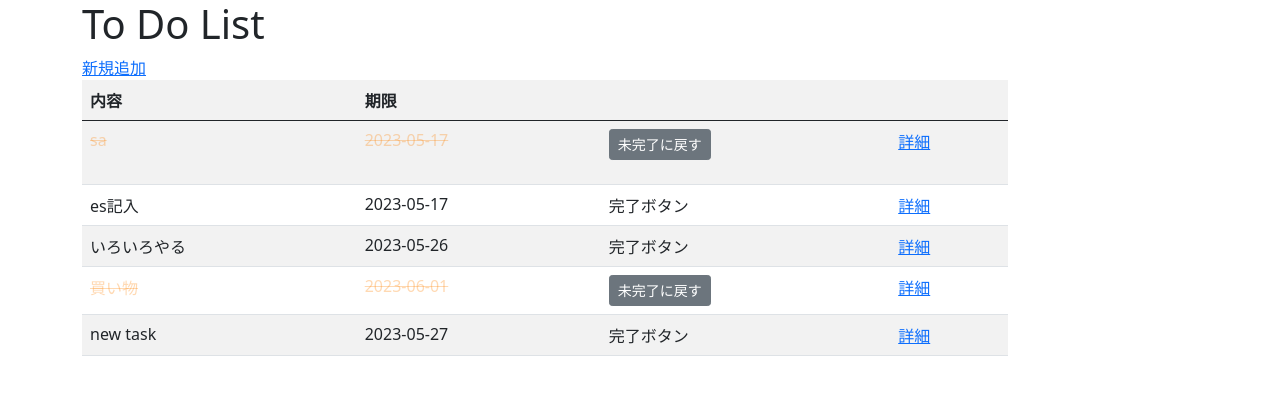
Repository: sgmtg/ToDoList
Page: http://localhost/
The author's editor kept a record of every edit. The page is drawn from the files as they stood at one moment, then again after the next edit.
The browser window is 1280 px wide. The pictures show the whole page.
The page is served by the project's application, run on Flask 3 (app.py). The page reads the database file committed with the project.

Above is the page before.

### templates/index.html
{% extends 'base.html' %}

{% block body %}
<div class="container">
  <div class="row">
    <div class="col-md-10 col-md-offset-2">
        <h1>To Do List</h1>
        <a href="/create">新規追加</a>
        <table class="table table-striped">
            </th><th>内容</th><th>期限</th><th></th><th></th></tr>
        <tbody>
        {% for post in posts %}
            <tr>
                <span>
                <td  {% if post.done %} class="done" {% endif %}>{{ post.title }}</td>
                <td  {% if post.done %} class="done" {% endif %}>{{ post.due.date() }}</td>
                </span>
                <td><form action="/change_status/{{ post.id }}">

                    {% if post.done %}<button type="submit" class="btn btn-secondary btn-sm">未完了に戻す
                    {% else %}完了ボタン
                    {% endif %}

                    </from></td>
                <td><a href="/detail/{{ post.id }}">詳細</a></td>

            </tr>
        {% endfor %}
        </tbody>
        </table>
    </div>
  </div>
</div>
{% endblock %}

### templates/base.html
<html lang="ja">
    <head>
        <title>My To Do List</title>
        <meta charset="UTF-8">
        <meta name="viewport" content="width=device-width, initial-scale=1.0">
        <link rel="stylesheet" href="/static/css/style.css">
        <link href="https://cdn.jsdelivr.net/npm/bootstrap@5.0.2/dist/css/bootstrap.min.css" rel="stylesheet" integrity="sha384-EVSTQN3/azprG1Anm3QDgpJLIm9Nao0Yz1ztcQTwFspd3yD65VohhpuuCOmLASjC" crossorigin="anonymous">
        {% block head %}{% endblock %}
    </head>
    <body>
       {% block body %}{% endblock %}
    </body>
</html>

### app.py
from flask import Flask, request, render_template, redirect, url_for
from flask_sqlalchemy import SQLAlchemy
from datetime import datetime

app = Flask(__name__)
app.config['SQLALCHEMY_DATABASE_URI'] = 'sqlite:///todo.db'  # todo.dbという名前のdbを設定
db = SQLAlchemy(app)  # dbを生成



class Post(db.Model):
    id = db.Column(db.Integer, primary_key=True)  # 主キー
    title = db.Column(db.String(30), nullable=False)
    detail = db.Column(db.String(100))  # 空でもok
    due = db.Column(db.DateTime, nullable=False)  # 日付型を指定
    done = db.Column(db.Boolean, default=False)  # 完了かどうか



@app.route('/', methods=['GET', 'POST'])
def index():
    if request.method == 'GET':
        posts = Post.query.all()
        return render_template('index.html', posts=posts)

    else:
        title = request.form.get('title')
        detail = request.form.get('detail')
        due = request.form.get('due')

        due = datetime.strptime(due, '%Y-%m-%d')  # フォームから文字列を受け取るため日付型に変換
        new_post = Post(title=title, detail=detail, due=due)

        db.session.add(new_post)
        db.session.commit()
        return redirect('/')

@app.route('/create')
def create():
    return render_template('create.html')


@app.route('/detail/<int:id>')
def detail(id):
    post = Post.query.get(id)  # 該当するidの投稿内容を取得
    return render_template('detail.html', post=post)

@app.route('/change_status/<int:id>')
def change_status(id):
    app.logger.info(id)

    post = Post.query.get(id)
    app.logger.info(post)

    post.done = not post.done
    db.session.commit()
    return redirect('/')


# アプリケーションコンテキスト内でデータベース操作を行うための関数を作成
def create_tables():
    db.create_all()


if __name__ == "__main__":
    app.run(port=3000, debug=True)  # 8080
    create_tables()

### static/css/style.css

.done {
  text-decoration: line-through;
  color: hsla(30, 100%, 50%, .3);
}

### instance/todo.db (the tables this page reads, as SQL)
CREATE TABLE post (
	id INTEGER NOT NULL, 
	title VARCHAR(30) NOT NULL, 
	detail VARCHAR(100), 
	due DATETIME NOT NULL, 
	done BOOLEAN, 
	PRIMARY KEY (id)
);
INSERT INTO "post" VALUES
(1, 'sa', '上記の修正では、app.app_context()のコンテキストマネージャを使用してアプリケーションコンテキストを作成し、その中でdb.create_all()を実行しています。これにより、アプリケーションコンテキスト内でデータベース操作が行われます。', '2023-05-17 00:00:00.000000', 1),
(2, 'es記入', 'さまざまな Forms (フォーム) を作成するための control styles (フォームコントロールスタイル)、layout options (レイアウトオプション)、custom components (カスタムコンポ', '2023-05-17 00:00:00.000000', 0),
(3, 'いろいろやる', '', '2023-05-26 00:00:00.000000', 0),
(4, '買い物', 'ここに詳細を記入', '2023-06-01 00:00:00.000000', 1),
(5, 'new task', 'hogehoge', '2023-05-27 00:00:00.000000', 0);

After the next edit:
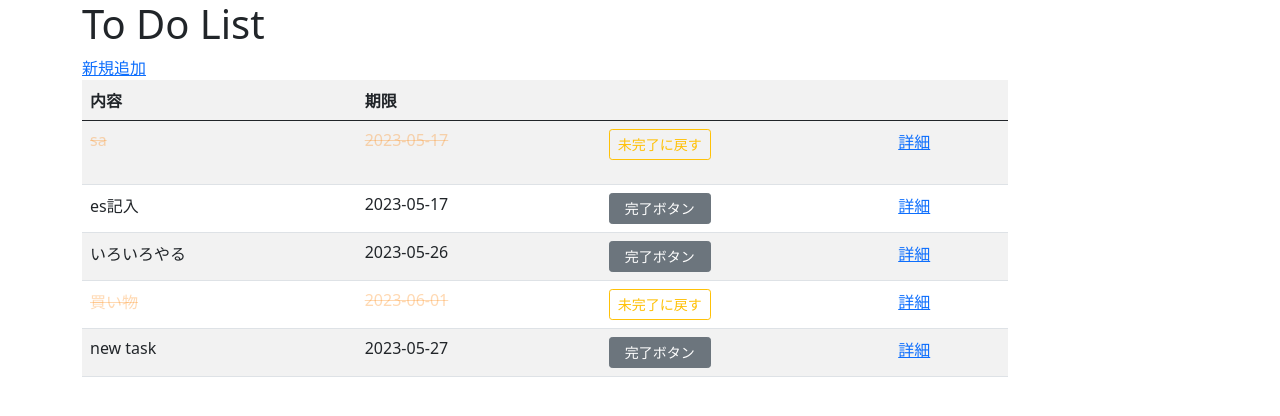
The edit:
--- a/templates/index.html
+++ b/templates/index.html
@@ -17,8 +17,8 @@
                 </span>
                 <td><form action="/change_status/{{ post.id }}">
 
-                    {% if post.done %}<button type="submit" class="btn btn-secondary btn-sm">未完了に戻す
-                    {% else %}完了ボタン
+                    {% if post.done %}<button type="submit" class="btn btn-outline-warning btn-sm">未完了に戻す</button>
+                    {% else %}<button type="submit" class="btn btn-secondary btn-sm">完了ボタン　</button>
                     {% endif %}
 
                     </from></td>
